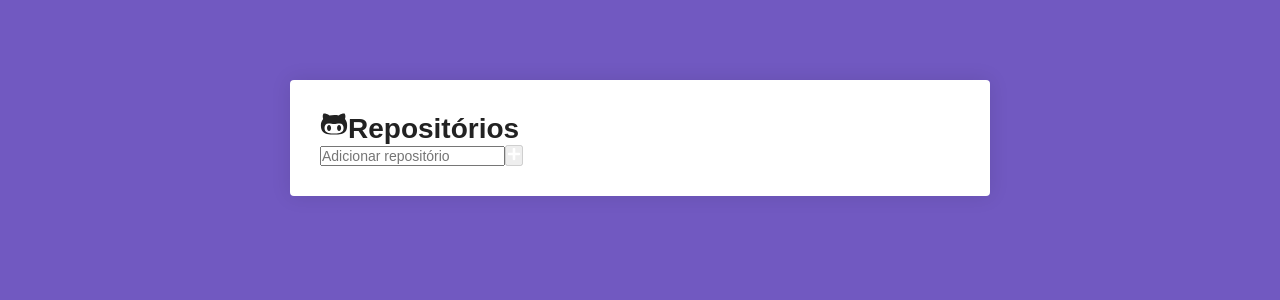
Repository: renanalves/github-repository
Page: /
These files come from the project's save history. The page is drawn as it stood at one moment and after the next save; the edit follows.
The browser window is 1280 px wide. The pictures show the whole page.
The project was rebuilt for these pictures with package versions that can differ from the ones it lists, and the page was loaded fresh each time. Also part of the build but not shown: src/pages/Repository/index.js.

Above is the page before, as saved 2020-03-13 11:05:47.

After the next save:
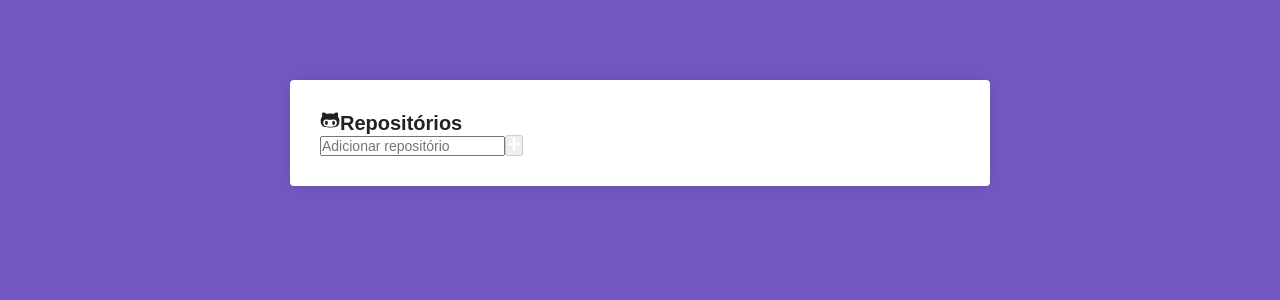
Saved 57 s later.
--- a/src/pages/Main/styles.js
+++ b/src/pages/Main/styles.js
@@ -7,6 +7,10 @@ export const Container = styled.div`
   box-shadow: 0 0 20px rgba(0, 0, 0, 0.1);
   padding: 30px;
   margin: 80px auto;
+
+  h1 {
+    font-size: 20px;
+  }
 `;
 
 export const Form = styled.form``;
